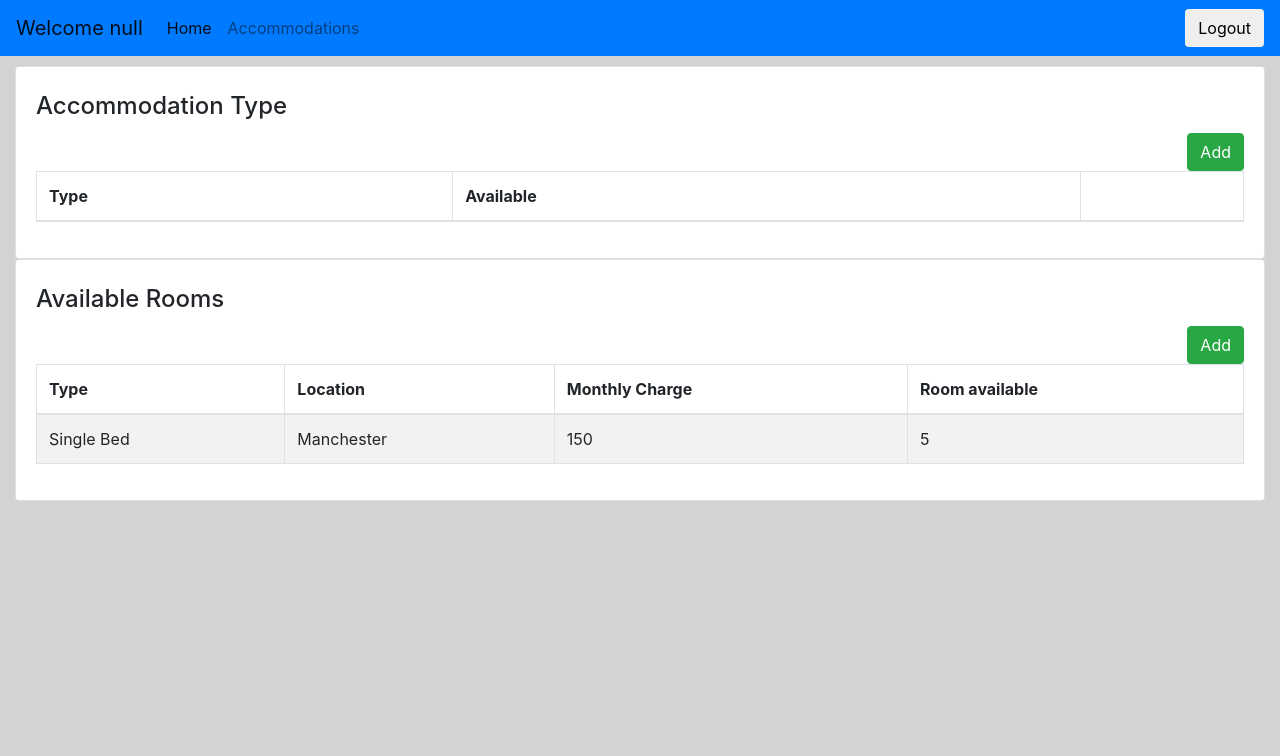
Repository: Bishodeep/AccommodationServlet
Page: http://localhost/AccomodationPortal/welcomeadmin.jsp
These files come from the project's save history. The page is drawn as it stood at one moment and after the next save; the edit follows.
The browser window is 1280 px wide. The pictures show the whole page.
The page is served by Tomcat 9. The template is opened directly, without the code that normally fills it, so the values that code supplies are empty.

Above is the page before, as saved 2020-04-17 03:47:23.

After the next save:
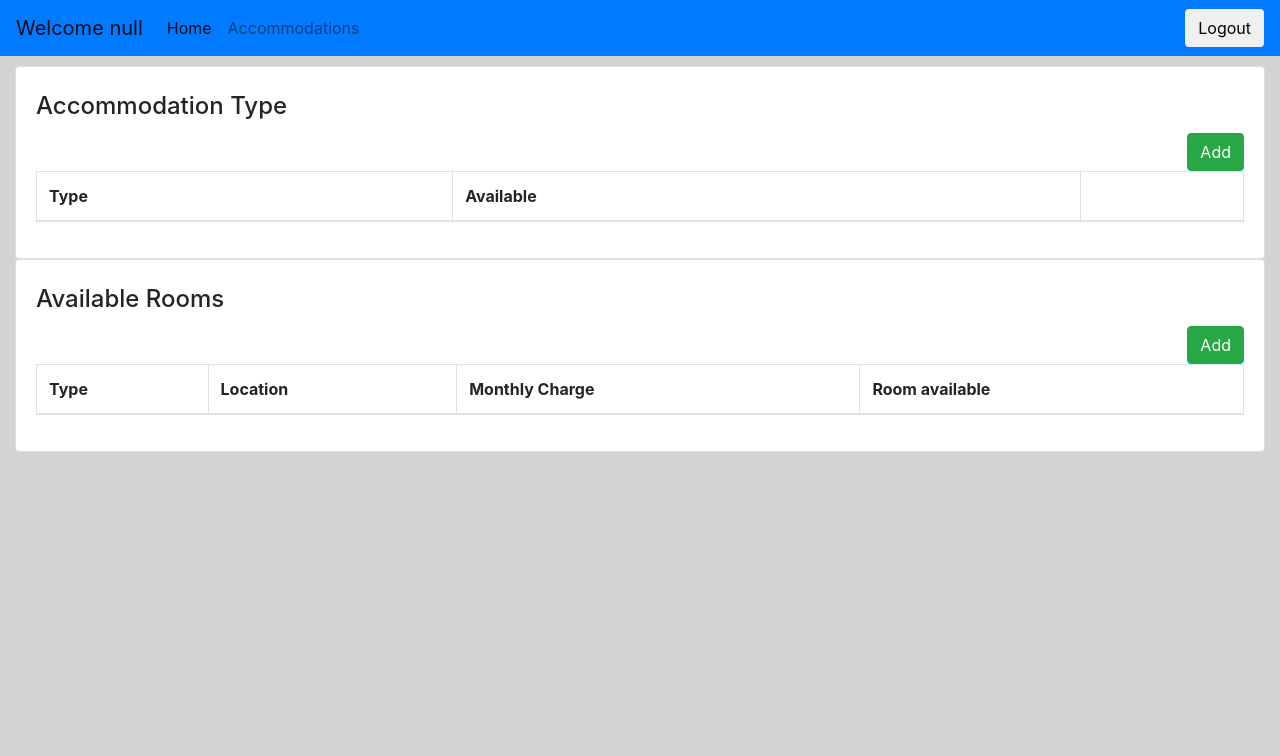
Saved 115 s later.
--- a/AccomodationPortal/WebContent/welcomeadmin.jsp
+++ b/AccomodationPortal/WebContent/welcomeadmin.jsp
@@ -71,12 +71,17 @@
 						</tr>
 					</thead>
 					<tbody>
-						<tr>
-							<td>Single Bed</td>
-							<td>Manchester</td>
-							<td>150</td>
-							<td>5</td>
-						</tr>
+						<c:forEach var="room" items="${listRoom}">
+							<tr>
+								<td><c:out value="${room.getType()}" /></td>
+								<td><c:out value="${room.getAvailable()}" /></td>
+								<td><a
+									href="editroomtype?id=<c:out value='${room.getId()}' />">Edit</a>
+									&nbsp;&nbsp;&nbsp;&nbsp; <a
+									href="deleteroomtype?id=<c:out value='${room.getId()}' />">Delete</a>
+								</td>
+							</tr>
+						</c:forEach>
 					</tbody>
 				</table>
 			</div>
